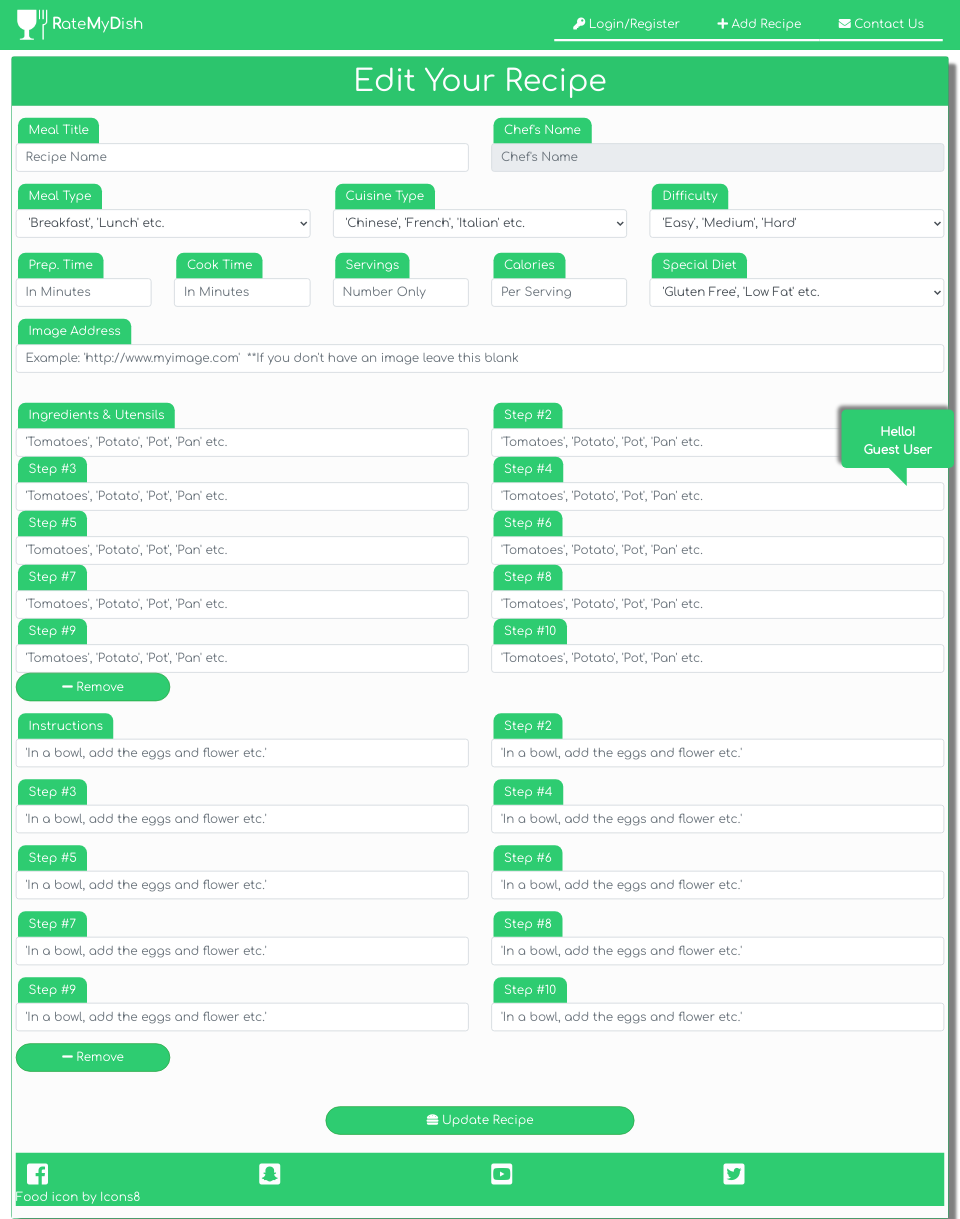
Repository: dbyrne87/ratemydish
Page: templates/editrecipe.html
The author's editor kept a record of every edit. The page is drawn from the files as they stood at one moment, then again after the next edit.
The browser window is 1280 px wide. The pictures show the whole page, at 75% of full size.
Some web fonts or font styles are not loaded; a fallback is used. The page is served by the project's application, run on Flask 3 (app.py). The template is opened directly, without the code that normally fills it, so the values that code supplies are empty.

Above is the page before.

After the next edit:
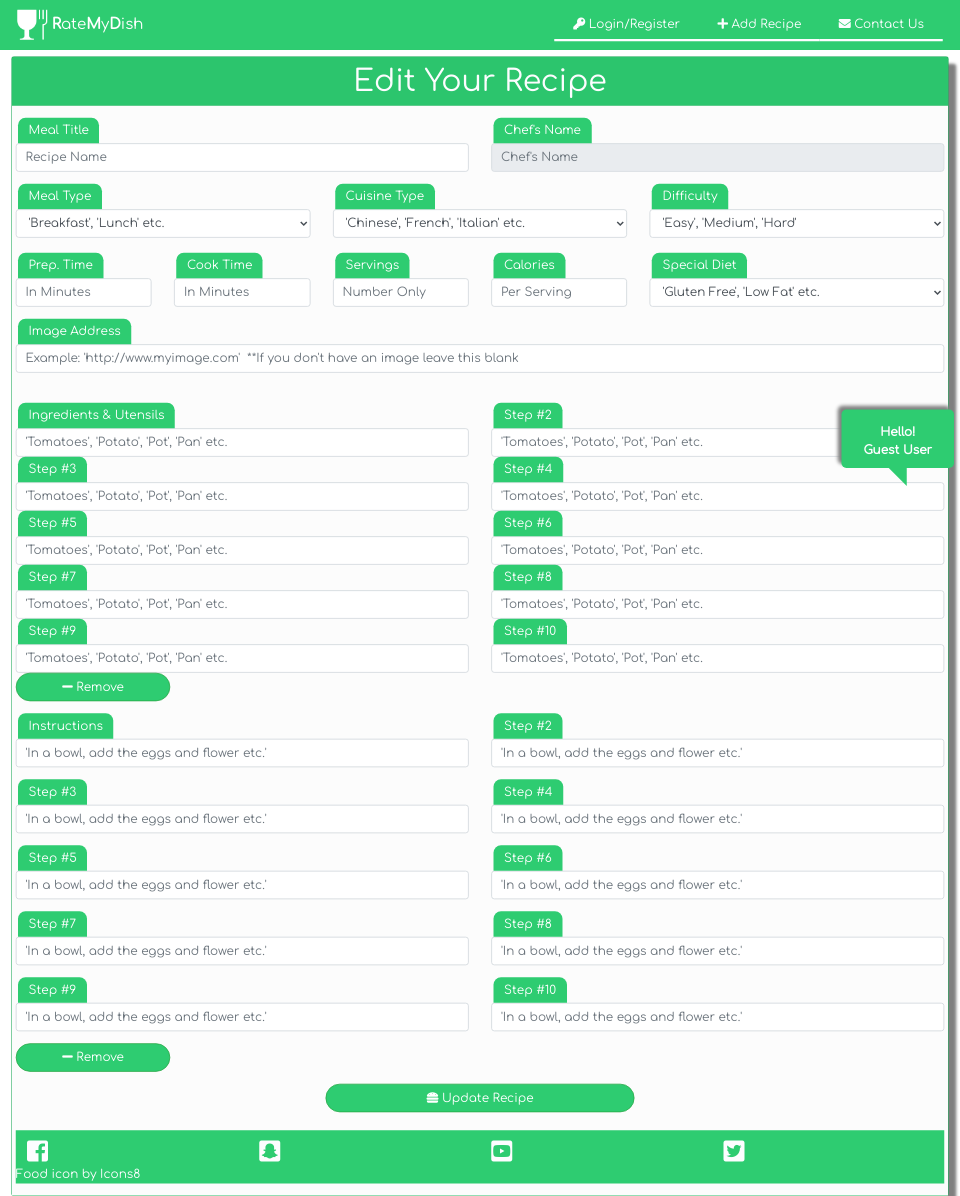
The edit:
--- a/templates/editrecipe.html
+++ b/templates/editrecipe.html
@@ -251,7 +251,7 @@
                     <textarea id="comments" name="comments" class="form-control"></textarea>
                 </div>
                 <div class="text-center">
-                    <button type="submit" id='recipe_submit-button' class="btn btn-outline-success col-lg-4"><i class="fas fa-hamburger"></i>  Update Recipe</button>
+                    <button type="submit" id='recipe_update-button' name="recipe_update-button" value="task._id" class="btn btn-outline-success col-lg-4"><i class="fas fa-hamburger"></i>  Update Recipe</button>
                 </div>
     </div>
 </form>
